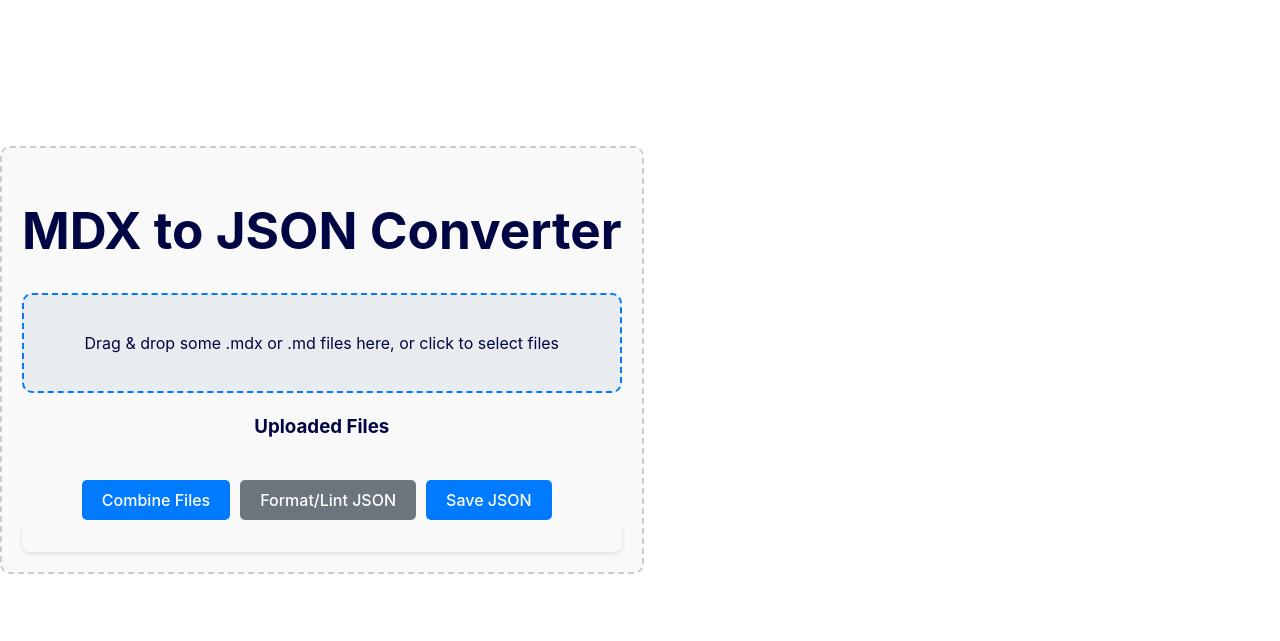
Repository: LayerDynamics/mdx-to-json
Page: /
The author's editor kept a copy of each file at every save. The page is drawn from the files as they stood at one save, then again after the next save.
The browser window is 1280 px wide. The pictures show the whole page.
The project was rebuilt for these pictures with package versions that can differ from the ones it lists, and the page was loaded fresh each time. Also part of the build but not shown: vite.config.ts.

Above is the page before, as saved 2024-08-20 10:13:50.

After the next save:
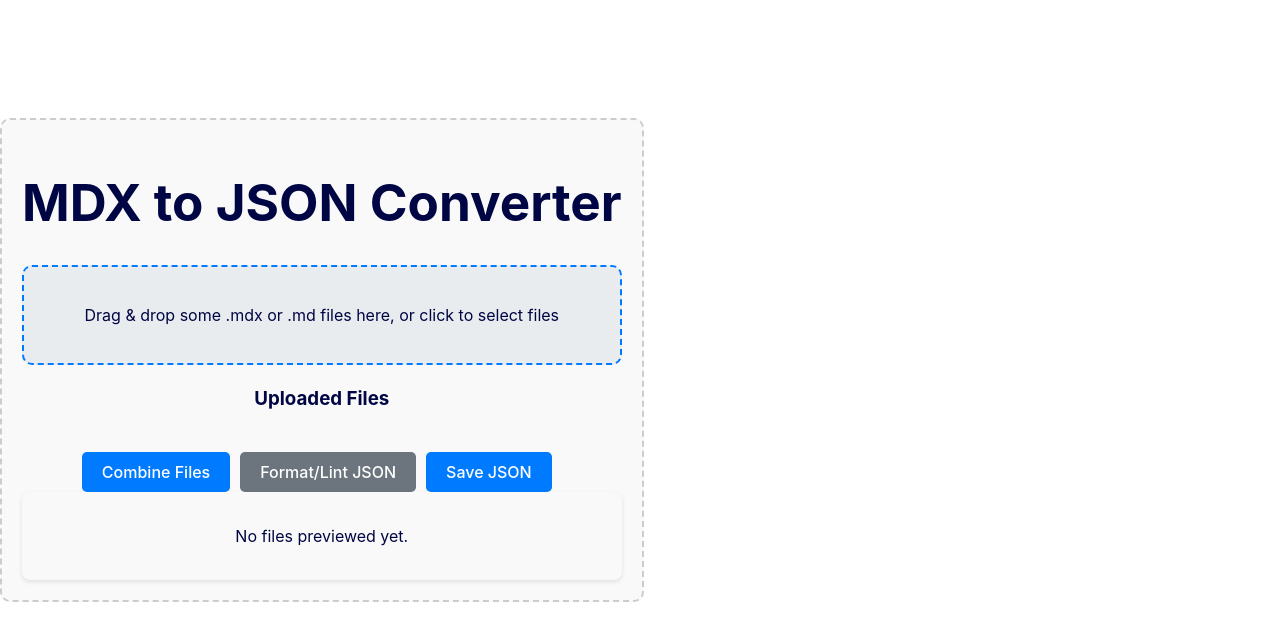
Saved 7 min 13 s later.
--- a/src/App.tsx
+++ b/src/App.tsx
@@ -64,11 +64,15 @@ const App: React.FC = () => {
         const entries: KnowledgeBaseEntry[] = [];
 
         for (const file of mdxFiles) {
-            const content = await file.text();
-            const sanitizedContent = sanitizeContent(content);
-            const parsed = await parseMDX(sanitizedContent);
-            const entry = createKnowledgeBaseEntry(parsed.metadata, parsed.content);
-            entries.push(entry);
+            try {
+                const content = await file.text();
+                const sanitizedContent = sanitizeContent(content);
+                const parsed = await parseMDX(sanitizedContent);
+                const entry = createKnowledgeBaseEntry(parsed.metadata, parsed.content);
+                entries.push(entry);
+            } catch (error) {
+                console.error(`Failed to parse file ${file.name}:`, error);
+            }
         }
 
         console.log("Preview JSON entries:", entries);
@@ -148,15 +152,17 @@ const App: React.FC = () => {
             <Button onClick={handleSave}>Save JSON</Button>
 
             <PreviewContainer>
-                {combinedJson
-                    ? <pre>{safeJSONStringify(combinedJson)}</pre>
-                    : jsonEntries.map((entry, index) => (
+                {jsonEntries.length > 0 ? (
+                    jsonEntries.map((entry, index) => (
                         <div key={index}>
                             <h3>{entry.title}</h3>
                             <pre>{safeJSONStringify(entry)}</pre>
                             <hr />
                         </div>
-                    ))}
+                    ))
+                ) : (
+                    <p>No files previewed yet.</p>
+                )}
             </PreviewContainer>
         </Container>
     );
